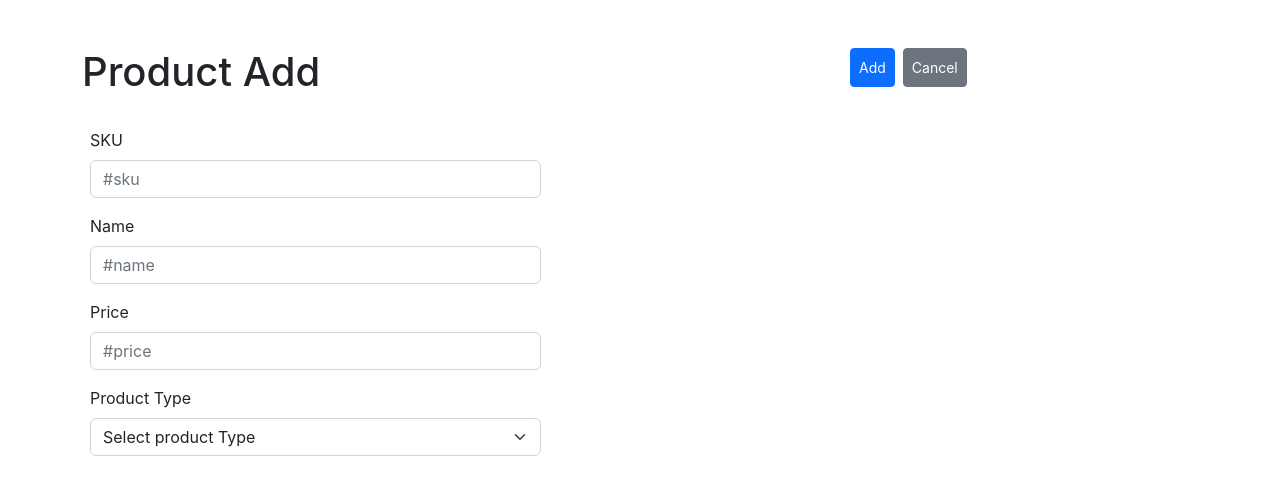
Repository: MagdyAbouelnasr/scandiweb_project
Page: /addproduct
An editor plug-in stored every save of this project. The page is shown before and after the next save, followed by the edit.
The browser window is 1280 px wide. The pictures show the whole page.
The project was rebuilt for these pictures with package versions that can differ from the ones it lists, and the page was loaded fresh each time. Also part of the build but not shown: src/App.css, src/components/Product/Product-style.scss, src/components/Product/Product.css, src/components/Product/Product.jsx, src/components/Pages/ProductList.jsx, src/components/ProductAdd/Book.component.jsx, src/components/ProductAdd/DVD.component.jsx, src/components/ProductAdd/Furniture.component.jsx and 1 more.

Above is the page before, as saved 2023-05-05 20:04:38.

After the next save:
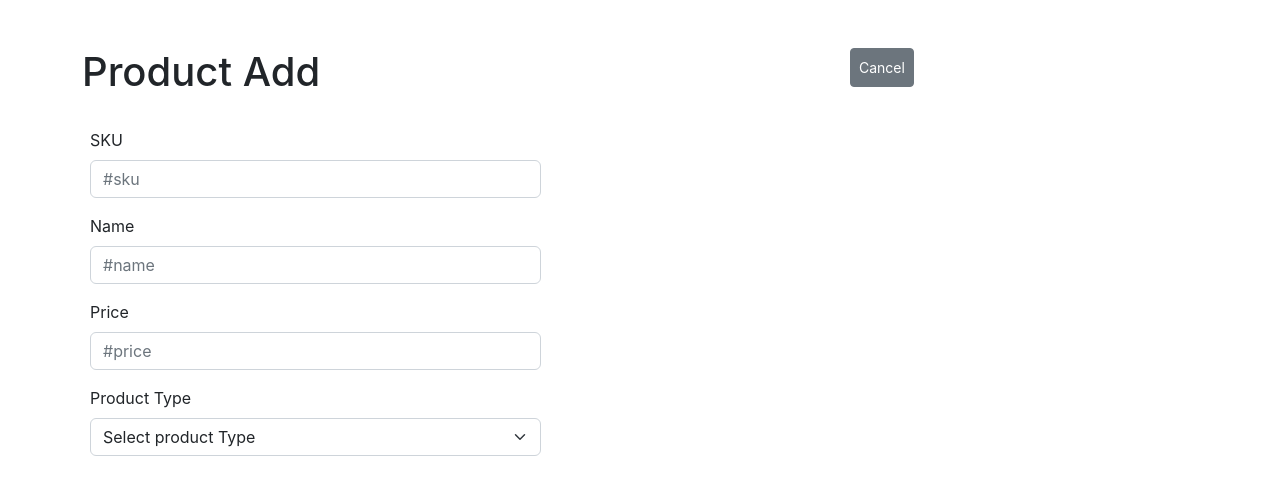
Saved 31 s later.
--- a/src/components/Pages/ProductAdd.jsx
+++ b/src/components/Pages/ProductAdd.jsx
@@ -28,9 +28,7 @@ function ProductAdd() {
       <div className="row">
       <h1 className="page-header text-header col-md-8 text-start ">Product Add</h1>
       <div className='col-4 float-end'>
-        <Button  type="submit" className='p-2 ms-2' variant="primary" size="sm">
-          Add
-        </Button>
+
         <Button onClick={()=> navigate(-1)}  className='p-2 ms-2' variant="secondary" size="sm">
           Cancel
         </Button>
